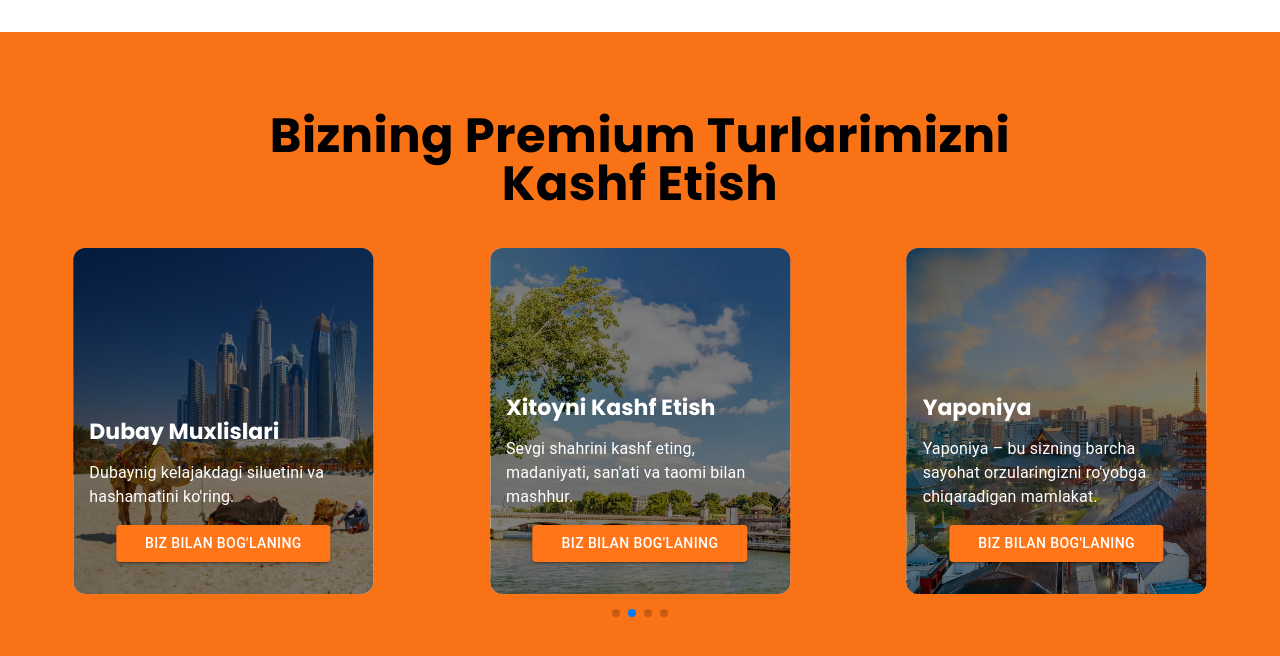
Repository: OgabekErkinov/i-am-tourist
Page: /
The author's editor kept a copy of each file at every save. The page is drawn from the files as they stood at one save, then again after a run of saves.
The browser window is 1280 px wide. The pictures show the whole page.
The project was rebuilt for these pictures with package versions that can differ from the ones it lists, and the page was loaded fresh each time. Also part of the build but not shown: vite.config.js, src/components/navbar/LightDarkButton.jsx, src/I18/i18.js, src/components/navbar/languages/LanguageButton.jsx, src/components/navbar/NavbarItem.jsx, src/components/navbar/SocialNetworks.jsx, src/components/navbar/Logo.jsx, src/components/navbar/SectionsLinks.jsx and 7 more.

Above is the page before, as saved 2024-12-24 15:49:06.

### index.html
<!doctype html>
<html lang="en">
  <head>
    <meta charset="UTF-8" />
    <link rel="icon" type="image/svg+xml" href="https://www.ifly.com.uz/assets/logo-BPA5zOgc.png" />
    <meta name="viewport" content="width=device-width, initial-scale=1.0" />
    <link rel="preconnect" href="https://fonts.googleapis.com">
    <link rel="preconnect" href="https://fonts.gstatic.com" crossorigin>
    <link href="https://fonts.googleapis.com/css2?family=Poppins:ital,wght@0,100;0,200;0,300;0,400;0,500;0,600;0,700;0,800;0,900;1,100;1,200;1,300;1,400;1,500;1,600;1,700;1,800;1,900&display=swap" rel="stylesheet">
    <title>iFLY.com</title>
  </head>
  <body>
    <div id="root"></div>
    <script type="module" src="/src/main.jsx"></script>
  </body>
</html>

### src/index.css
/* Universal Reset */
* {
  margin: 0;
  padding: 0;
  box-sizing: border-box;
}


/* Root Container */
#root {
  max-width: 1900px;
  margin: 0 auto;
  display: flex;
  flex-direction: column;
  align-items: center;
  justify-content: center;
  font-family: 'Poppins';
  box-sizing: border-box;
}

### src/App.jsx
import { Stack } from "@mui/material"
import Header from "./components/header/Header"
import Main from "./components/main/Main"

function App() {


  return (
    <Stack width='100%'
           height='auto'
           alignItems='center'
           gap='1rem'>
        <Header/>
        <Main/>
    </Stack>



  )
}

export default App

### src/components/header/Header.jsx
import { Box, Stack } from '@mui/material';
import Navbar from '../navbar/Navbar';
import Slider from './Slider';
import React from 'react';
import Cards from '../cards/Cards';

const Header = () => {
  return (
    <Stack height="auto"
           width='100%'
           gap="2rem"
           marginBottom='1rem'
           boxSizing="border-box">
             <Stack width="100%"
                    height="auto"
                    alignItems='center'>
                         {/* <Box width="100%"
                              height="10vh"
                              bgcolor="transparent">
                        </Box> */}
                        {/* <Navbar /> */}
                        {/* <Slider /> */}
               </Stack>
               {/* <Cards /> */}
    </Stack>
  );
}

export default Header;

### src/components/main/Main.jsx
import { Stack } from '@mui/material'
import React from 'react'
import PremiumTours from '../premium/PremiumTours'
import TourPlaces from '../tourPlaces/TourPlaces'
import About from '../about/About'

const Main = () => {
  return (
    <Stack width={'100%'}
           height={'auto'}
           alignItems={'center'}
           gap='1rem'>
        <PremiumTours/>
        {/* <TourPlaces/> */}
        {/* <About/> */}

    </Stack>
  )
}

export default Main

### src/components/premium/PremiumTours.jsx
import React from 'react';
import { Stack, Typography, Box } from '@mui/material';
import 'swiper/css';
import 'swiper/css/effect-fade';
import 'swiper/css/pagination';
import 'swiper/css/autoplay';
import { Swiper, SwiperSlide } from 'swiper/react';
import { Navigation, Pagination, Scrollbar, Autoplay } from 'swiper/modules';
import { premiumToursServices } from '../../Database/db';
import PremiumItem from './PremiumItem';

const PremiumTours = () => {

  return (
    <Stack height={'auto'}
           width={'100%'}
           padding={'5rem 2rem'}
           bgcolor={'#F97316'}
           boxSizing={'border-box'} >
          <Stack height={'100%'}
                 width={'100%'}
                 justifyContent={'space-between'}
                 alignItems={'center'}
                 gap={'2rem'}>
              {/* Title */}
                <Typography fontFamily={'Poppins'}
                            width={'70%'}
                            fontSize={'48px'}
                            lineHeight={'48px'}
                            fontWeight={'bold'}
                            textAlign={'center'}
                            height={'auto'}
                            sx={{
                              '@media (max-width: 900px)': {
                               fontSize: '36px',
                               lineHeight: '40px',
                                },
                              '@media (max-width: 600px)': {
                                fontSize: '24px',
                                lineHeight: '28px',
                                },
                               }}>
                               Bizning Premium Turlarimizni Kashf Etish
                 </Typography>
            {/* Slider */}
                 <Box display={'flex'}
                      alignItems={'center'}
                      justifyContent={'center'}
                      height={'25rem'}
                      width={'100%'}
                      padding={'0.5rem'}>
                      <Swiper
                          modules={[Navigation, Pagination, Scrollbar, Autoplay]}
                          autoplay={{ delay: 2500, disableOnInteraction: false }}
                          navigation
                          pagination={{ clickable: false }}
                          scrollbar={{ draggable: true }}
                          loop={true}
                          style={{
                               width: '100%',
                               height: '100%',
                               display : 'flex',
                               justifyContent : 'center' }}
                          breakpoints={{
                               524: {
                                  slidesPerView: 1,
                                  spaceBetween: 10 },
                               765: {
                                  slidesPerView: 2,
                                  spaceBetween: 20 },
                              1200: {
                                  slidesPerView: 3,
                                  spaceBetween: 50 } }}>
                          {
                           premiumToursServices?.map((tour, idx) => {
                                  return (
                                         <SwiperSlide key={idx}>
                                                 <PremiumItem tour={tour} />
                                           </SwiperSlide>
                                          );  })
                           }
                       </Swiper>
                  </Box>
            </Stack>
    </Stack>
  );
};

export default PremiumTours;

### src/Database/db.js
export const social_medias = [
    {
        id : 1,
        name : 'facebook',
        link : 'https://www.facebook.com',
        pathD : 'M279.14 288l14.22-92.66h-88.91v-60.13c0-25.35 12.42-50.06 52.24-50.06h40.42V6.26S260.43 0 225.36 0c-73.22 0-121.08 44.38-121.08 124.72v70.62H22.89V288h81.39v224h100.17V288z'
    },
    {
        id : 2,
        name : 'twitter',
        url : 'https://www.twitter.com',
        pathD : 'M419.37 151.716c.325 4.548.325 9.097.325 13.645 0 138.72-105.583 298.558-298.558 298.558-59.452 0-114.68-17.219-161.137-47.106 8.447.974 16.568 1.299 25.34 1.299 49.055 0 94.213-16.568 130.274-44.832-46.132-.975-84.792-31.188-98.112-72.772 6.498.974 12.995 1.624 19.818 1.624 9.421 0 18.843-1.3 27.614-3.573-48.081-9.747-84.143-51.98-84.143-102.985v-1.299c13.969 7.797 30.214 12.67 47.431 13.319-28.264-18.843-46.781-51.005-46.781-87.391 0-19.492 5.197-37.36 14.294-52.954 51.655 63.675 129.3 105.258 216.365 109.807-1.624-7.797-2.599-15.918-2.599-24.04 0-57.828 46.782-104.934 104.934-104.934 30.213 0 57.502 12.67 76.67 33.137 23.715-4.548 46.456-13.32 66.599-25.34-7.798 24.366-24.366 44.833-46.132 57.827 21.117-2.273 41.584-8.122 60.426-16.243-14.292 20.791-32.161 39.308-52.628 54.253z'
    },
    {
        id : 3,
        name : 'instagram',
        url : 'https://www.instagram.com/ifly.com.uz',
        pathD : 'M224.1 141c-63.6 0-114.9 51.3-114.9 114.9s51.3 114.9 114.9 114.9S339 319.5 339 255.9 287.7 141 224.1 141zm0 189.6c-41.1 0-74.7-33.5-74.7-74.7s33.5-74.7 74.7-74.7 74.7 33.5 74.7 74.7-33.6 74.7-74.7 74.7zm146.4-194.3c0 14.9-12 26.8-26.8 26.8-14.9 0-26.8-12-26.8-26.8s12-26.8 26.8-26.8 26.8 12 26.8 26.8zm76.1 27.2c-1.7-35.9-9.9-67.7-36.2-93.9-26.2-26.2-58-34.4-93.9-36.2-37-2.1-147.9-2.1-184.9 0-35.8 1.7-67.6 9.9-93.9 36.1s-34.4 58-36.2 93.9c-2.1 37-2.1 147.9 0 184.9 1.7 35.9 9.9 67.7 36.2 93.9s58 34.4 93.9 36.2c37 2.1 147.9 2.1 184.9 0 35.9-1.7 67.7-9.9 93.9-36.2 26.2-26.2 34.4-58 36.2-93.9 2.1-37 2.1-147.8 0-184.8zM398.8 388c-7.8 19.6-22.9 34.7-42.6 42.6-29.5 11.7-99.5 9-132.1 9s-102.7 2.6-132.1-9c-19.6-7.8-34.7-22.9-42.6-42.6-11.7-29.5-9-99.5-9-132.1s-2.6-102.7 9-132.1c7.8-19.6 22.9-34.7 42.6-42.6 29.5-11.7 99.5-9 132.1-9s102.7-2.6 132.1 9c19.6 7.8 34.7 22.9 42.6 42.6 11.7 29.5 9 99.5 9 132.1s2.7 102.7-9 132.1z'
    },
    {
        id : 4,
        name : 'linkedIn',
        url : 'https://www.linkedin.com',
        pathD : 'M100.28 448H7.4V148.9h92.88zM53.79 108.1C24.09 108.1 0 83.5 0 53.8a53.79 53.79 0 0 1 107.58 0c0 29.7-24.1 54.3-53.79 54.3zM447.9 448h-92.68V302.4c0-34.7-.7-79.2-48.29-79.2-48.29 0-55.69 37.7-55.69 76.7V448h-92.78V148.9h89.08v40.8h1.3c12.4-23.5 42.69-48.3 87.88-48.3 94 0 111.28 61.9 111.28 142.3V448z'
    },
    {
        id : 5,
        name : 'youtube',
        url : 'https://www.youtube.com',
        pathD : 'M549.655 124.083c-6.281-23.65-24.787-42.276-48.284-48.597C458.781 64 288 64 288 64S117.22 64 74.629 75.486c-23.497 6.322-42.003 24.947-48.284 48.597-11.412 42.867-11.412 132.305-11.412 132.305s0 89.438 11.412 132.305c6.281 23.65 24.787 41.5 48.284 47.821C117.22 448 288 448 288 448s170.78 0 213.371-11.486c23.497-6.321 42.003-24.171 48.284-47.821 11.412-42.867 11.412-132.305 11.412-132.305s0-89.438-11.412-132.305zm-317.51 213.508V175.185l142.739 81.205-142.739 81.201z'
    }
]

export const navLinks = [
    {
        id : 6,
        name : 'Excursions',
        link : '#excursions'
    },
    {
        id : 7,
        name : 'City',
        link : '#city'
    },
    {
        id : 8,
        name : 'About',
        link : '#about'
    },
    {
        id : 9,
        name : 'Contact',
        link : '#contact'
    }
]

export const SliderItems = [
    {
        url : '/malakali.jpg',
        heading : 'Malakali shahar',
        paragraph : "Dunyoning ko'ngilochar poytaxtiga sho'ng'ing."
    },
    {
        url : '/turkiya.jpg',
        heading : 'Sehrli Turkiya',
        paragraph : "Turkiyaning boy tarixi va ajoyib manzaralarini o'rganing."
    },
    {
        url : '/orol.jpg',
        heading : 'Orol chekinishi',
        paragraph : 'Ajoyib orol landshaftlari orasida tinchlikni his eting.'
    },
    {
        url : '/yaponiya.jpg',
        heading : 'Yaponiya',
        paragraph : "Zamonaviy hayot va qadimiy an'analar mamlakati"
    },
    {
        url : '/dubai.jpg',
        heading : "Dubayni kashf eting",
        paragraph : "Birlashgan Arab Amirliklarida hashamat, innovatsiyalar va sarguzashtlarni kashf eting."

    },
    {
        url : '/xitoyni.jpg',
        heading : 'Xitoyni kashf qiling',
        paragraph : "Xitoy: qadimgi tarix, Buyuk devor, innovatsiyalar, jonli madaniyat."
    },
    {
        url : '/tailand.jpg',
        heading : 'Tropik Tailand',
        paragraph : "Chiroyli plyajlarda dam oling va mazali taomlarni tatib ko'ring."
    }
]

export const addBanners = [
    {
        heading : 'Ajoyib plyaj',
        paragraph : 'Zamonaviy plyajlarni kashf eting va quyosh ostida dam oling.'
    },
    {
        heading : "Tog' sarguzashtlari",
        paragraph : "Qiziqarli tog' sayohatiga chiqing va tabiatni o'rganing."
    },
    {
        heading : 'Shahar sayohatlari',
        paragraph : "Qiziqarli tog' sayohatiga chiqing va tabiatni o'rganing."
    }
]

export const languages = [
    {
        lang : "o'zbek",
        flag : '/uzbekistan.png',
        translator : 'uz'
    },
    {
        lang : 'english',
        flag : '/united-states.png',
        translator : 'en'
    },
    {
        lang : 'русский',
        flag : '/russia.png',
        translator : 'ru'
    }
]

export const premiumToursServices = [
    {
        title : 'Tokio Sarguzashtlari',
        paragraph : "Yaponiya yuragida an'ana va texnologiyaning uyg'unligini his eting.",
        image : '/tokioprem.jpg'
    },
    {
        title : 'Dubay Muxlislari',
        paragraph : "Dubaynig kelajakdagi siluetini va hashamatini ko'ring.",
        image : '/dubaipremium.jpg'
    },
    {
        title : 'Xitoyni Kashf Etish',
        paragraph : "Sevgi shahrini kashf eting, madaniyati, san'ati va taomi bilan mashhur.",
        image : '/xitoyprem.jpg'
    },
    {
        title : 'Yaponiya',
        paragraph : "Yaponiya – bu sizning barcha sayohat orzularingizni ro'yobga chiqaradigan mamlakat.",
        image : '/xitoypremium.jpg'
    }
]

export const tourPlaces = [
    {
        image : '/yaponiya.jpg',
        title : 'Tokio, Yaponiya',
        paragraph : "Tokio Yaponiya poytaxti bo'lib, an'anaviy binolarni zamonaviy osmono'parlar bilan birlashtirish."
    },
    {
        image : '/orol.jpg',
        title : 'Orol joyi',
        paragraph : "Shahar shovqinidan uzoqda, tabiatning ajoyib go'zalligida dam oling."
    },
    {
        image : '/dubai.jpg',
        title : 'Dubay, BAA',
        paragraph : "Dubayning hargi skylinesi va hashamatini guvohi boling."
    },
    {
        image : '/vetnam.jpg',
        title : 'Vetnam sarguzashti',
        paragraph : "Vetnamning go'zalligiga kirib boring, rang- barang guruch teraslari va noyob madaniyat bilan tanishing!"
    },
    {
        image : '/maldiv.jpg',
        title : 'Maldivlar',
        paragraph : "Oq qumli plyajlar va toza suvlar bilan tropik jannatda dam oling. Hashamatli kurortlar va ajoyib suv osti dunyosidan zavq oling!"
    },
    {
        image : '/tailand.jpg',
        title : 'Tropik Tailand',
        paragraph : "Tailand chiroyli orollari, ko'chada oziq-ovqat va boy madaniyat merosi bilan mashhur."
    },
    {
        image : '/turkiya.jpg',
        title : "Mo'jizaviy Turkiya",
        paragraph : "Turkiyaning boy tarixini va go'zal manzaralarini kashf eting."
    }
]

export const services = [
    {
        pathD : 'M480 192H365.71L260.61 8.06A16.014 16.014 0 0 0 246.71 0h-65.5c-10.63 0-18.3 10.17-15.38 20.39L214.86 192H112l-43.2-57.6c-3.02-4.03-7.77-6.4-12.8-6.4H16.01C5.6 128-2.04 137.78.49 147.88L32 256 .49 364.12C-2.04 374.22 5.6 384 16.01 384H56c5.04 0 9.78-2.37 12.8-6.4L112 320h102.86l-49.03 171.6c-2.92 10.22 4.75 20.4 15.38 20.4h65.5c5.74 0 11.04-3.08 13.89-8.06L365.71 320H480c35.35 0 96-28.65 96-64s-60.65-64-96-64z',
        title : 'Xalqaro Sayohat',
        paragraph : "Dunyodagi eng go'zal joylarga sayohatlarni tashkil etamiz.",
        color : 'blue'
    },
    {
        icon : 'M560 64c8.84 0 16-7.16 16-16V16c0-8.84-7.16-16-16-16H16C7.16 0 0 7.16 0 16v32c0 8.84 7.16 16 16 16h15.98v384H16c-8.84 0-16 7.16-16 16v32c0 8.84 7.16 16 16 16h240v-80c0-8.8 7.2-16 16-16h32c8.8 0 16 7.2 16 16v80h240c8.84 0 16-7.16 16-16v-32c0-8.84-7.16-16-16-16h-16V64h16zm-304 44.8c0-6.4 6.4-12.8 12.8-12.8h38.4c6.4 0 12.8 6.4 12.8 12.8v38.4c0 6.4-6.4 12.8-12.8 12.8h-38.4c-6.4 0-12.8-6.4-12.8-12.8v-38.4zm0 96c0-6.4 6.4-12.8 12.8-12.8h38.4c6.4 0 12.8 6.4 12.8 12.8v38.4c0 6.4-6.4 12.8-12.8 12.8h-38.4c-6.4 0-12.8-6.4-12.8-12.8v-38.4zm-128-96c0-6.4 6.4-12.8 12.8-12.8h38.4c6.4 0 12.8 6.4 12.8 12.8v38.4c0 6.4-6.4 12.8-12.8 12.8h-38.4c-6.4 0-12.8-6.4-12.8-12.8v-38.4zM179.2 256h-38.4c-6.4 0-12.8-6.4-12.8-12.8v-38.4c0-6.4 6.4-12.8 12.8-12.8h38.4c6.4 0 12.8 6.4 12.8 12.8v38.4c0 6.4-6.4 12.8-12.8 12.8zM192 384c0-53.02 42.98-96 96-96s96 42.98 96 96H192zm256-140.8c0 6.4-6.4 12.8-12.8 12.8h-38.4c-6.4 0-12.8-6.4-12.8-12.8v-38.4c0-6.4 6.4-12.8 12.8-12.8h38.4c6.4 0 12.8 6.4 12.8 12.8v38.4zm0-96c0 6.4-6.4 12.8-12.8 12.8h-38.4c-6.4 0-12.8-6.4-12.8-12.8v-38.4c0-6.4 6.4-12.8 12.8-12.8h38.4c6.4 0 12.8 6.4 12.8 12.8v38.4z',
        title : 'Qulay Mehmonxonalar',
        paragraph : " Eng yaxshi va eng qulay mehmonxonalar bilan qoling.",
        color : 'green'
    },
    {
        icon : 'M416 320h-96c-17.6 0-32-14.4-32-32s14.4-32 32-32h96s96-107 96-160-43-96-96-96-96 43-96 96c0 25.5 22.2 63.4 45.3 96H320c-52.9 0-96 43.1-96 96s43.1 96 96 96h96c17.6 0 32 14.4 32 32s-14.4 32-32 32H185.5c-16 24.8-33.8 47.7-47.3 64H416c52.9 0 96-43.1 96-96s-43.1-96-96-96zm0-256c17.7 0 32 14.3 32 32s-14.3 32-32 32-32-14.3-32-32 14.3-32 32-32zM96 256c-53 0-96 43-96 96s96 160 96 160 96-107 96-160-43-96-96-96zm0 128c-17.7 0-32-14.3-32-32s14.3-32 32-32 32 14.3 32 32-14.3 32-32 32z',
        title : "Maxsus yo'nalishlar",
        paragraph : "Har bir mijoz uchun individual yo'nalishlarni yaratamiz.",
        color : 'orange'
    },
    {
        icon : 'M192 256c61.9 0 112-50.1 112-112S253.9 32 192 32 80 82.1 80 144s50.1 112 112 112zm76.8 32h-8.3c-20.8 10-43.9 16-68.5 16s-47.6-6-68.5-16h-8.3C51.6 288 0 339.6 0 403.2V432c0 26.5 21.5 48 48 48h288c26.5 0 48-21.5 48-48v-28.8c0-63.6-51.6-115.2-115.2-115.2zM480 256c53 0 96-43 96-96s-43-96-96-96-96 43-96 96 43 96 96 96zm48 32h-3.8c-13.9 4.8-28.6 8-44.2 8s-30.3-3.2-44.2-8H432c-20.4 0-39.2 5.9-55.7 15.4 24.4 26.3 39.7 61.2 39.7 99.8v38.4c0 2.2-.5 4.3-.6 6.4H592c26.5 0 48-21.5 48-48 0-61.9-50.1-112-112-112z',
        title : "Malakali yo'riqchilar",
        paragraph : " Har bir mijoz uchun individual yo'nalishlarni yaratamiz.",
        color : 'violet'
    }

]

### src/components/premium/PremiumItem.jsx
import { Box, Button, Stack, Typography } from '@mui/material';
import React from 'react';

const PremiumItem = ({ tour }) => {
  return (
    <Box height="90%"
         display="flex"
         justifyContent="center"
         alignItems="center"
         borderRadius="12px"
         overflow="hidden"
         position="relative"
         sx={{
             transition : '0.3s',
             backgroundImage: `url(${tour?.image})`,
             backgroundSize: 'cover',
             '@media(min-width : 300px)' : {
                         width : '300px',
                         marginX : 'auto'  },
             '@media(min-width : 524px)' : {
                         width : '300px' },
              '&:hover' : {
                transform : 'scale(1.1)',
                transition : '0.3s'
              } }} >
         <Stack height="100%"
                width="100%"
                padding="2rem 0"
                boxSizing="border-box"
                borderRadius="12px"
        alignItems="center"
        bgcolor="rgba(0, 0, 0, 0.5)"
        position="absolute"
        zIndex={1}
        sx={{
          '@media(min-width : 300px)' : {
            justifyContent : 'center',
            alignItems : 'center',
            paddingX : '1rem',
            gap : '1rem'
          },
          '@media(min-width : 524px)' : {
            justifyContent : 'flex-end',
            alignItems : 'start'
          }
        }}
        >
        <Typography
          variant="h3"
          sx={{
            fontWeight: 'bold',
            fontFamily: 'Poppins',
            color: 'white',
            textAlign: 'start',
            paddingRight: '10px',
            margin: 0,
            width: 'auto',

            '@media (min-width: 300px)': {
              fontSize: '18px',
            },

            '@media (min-width : 524px)' : {
              fontSize : '22px'
            }
          }}
        >
          {tour.title}
        </Typography>
        <Typography
          width="auto"
          sx={{
            color: 'white',
            textAlign: 'start',

            '@media (min-width: 300px)': {
              fontSize: '12px',
              height : 'auto',
              textAlign : 'center'
            },
            '@media (min-width : 524px)' : {
              fontSize : '16px',
              textAlign : 'start'
            }
          }}>
          {tour.paragraph}
        </Typography>
        <Button
          variant="contained"
          sx={{
            color: 'white',
            backgroundColor: '#FF7518',
            width : '80%',
            margin : '0 auto'
          }}>
          Biz bilan bog'laning
        </Button>
      </Stack>
    </Box>
  );
};

export default PremiumItem;

Loaded but not shown: src/main.jsx (common file)

After the next 3 saves:
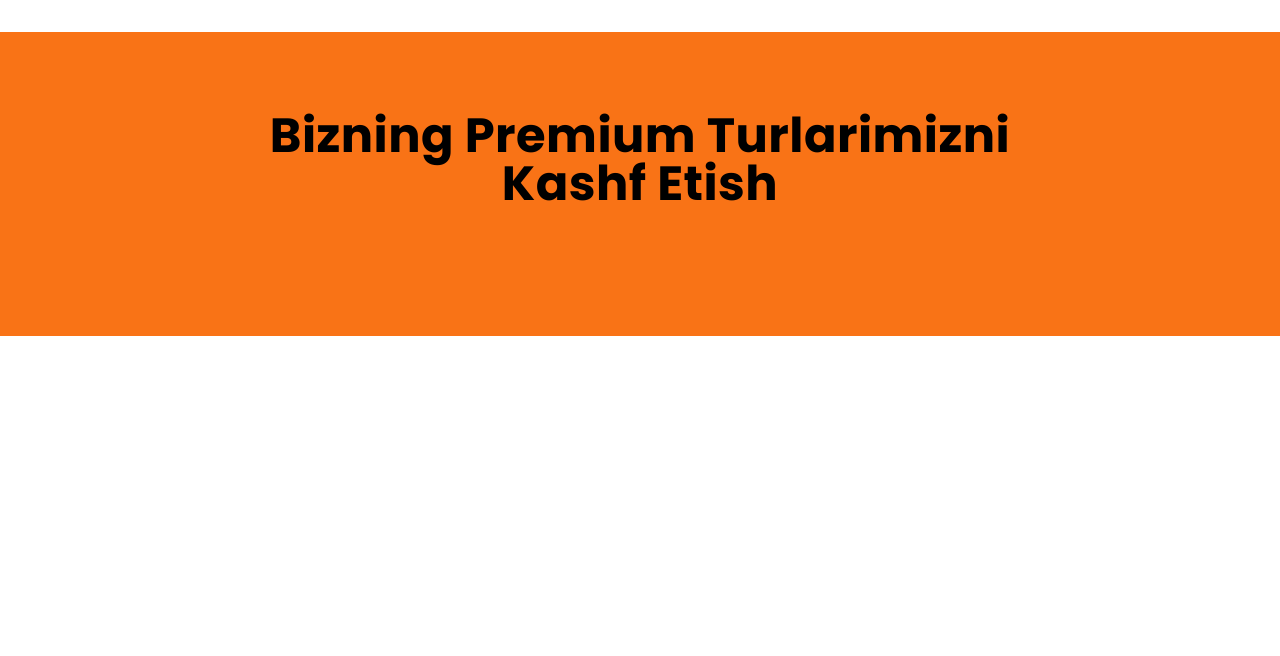
The 3 saves are shown as one change because they came seconds apart.
The last was saved 34 s later.
--- a/src/components/premium/PremiumTours.jsx
+++ b/src/components/premium/PremiumTours.jsx
@@ -46,7 +46,7 @@
                  <Box display={'flex'}
                       alignItems={'center'}
                       justifyContent={'center'}
-                      height={'25rem'}
+                      height={'80%'}
                       width={'100%'}
                       padding={'0.5rem'}>
                       <Swiper

After the save that followed:
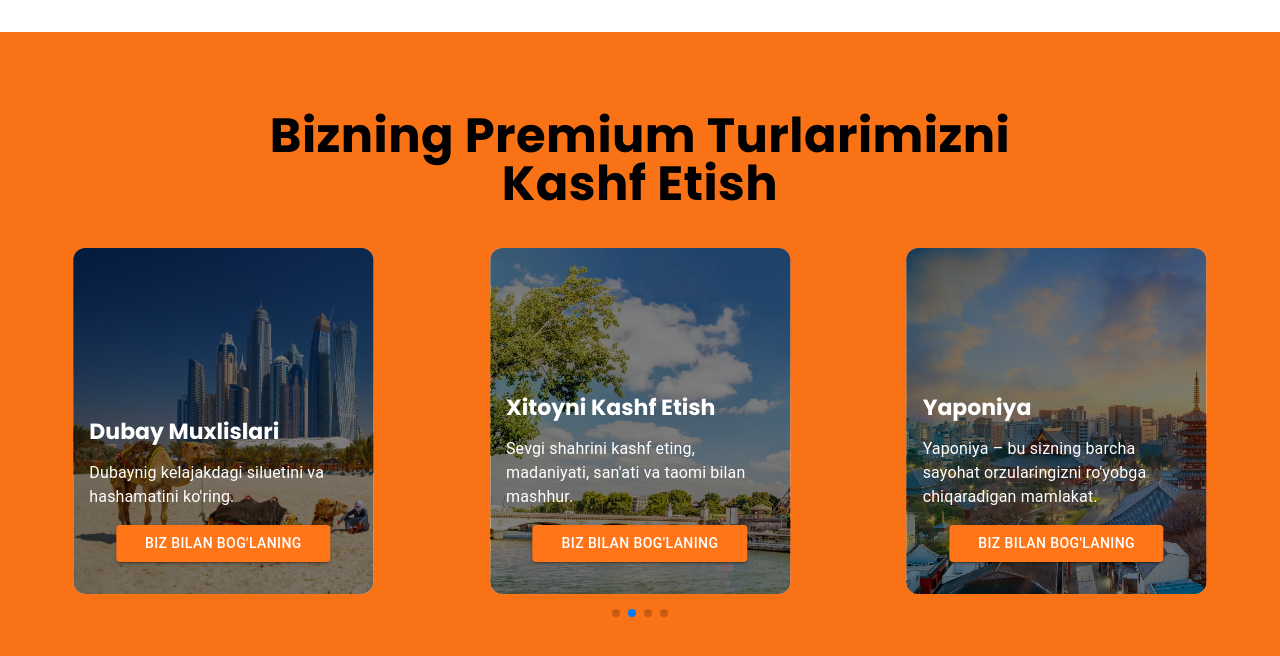
Saved 7 s later.
--- a/src/components/premium/PremiumTours.jsx
+++ b/src/components/premium/PremiumTours.jsx
@@ -46,7 +46,7 @@
                  <Box display={'flex'}
                       alignItems={'center'}
                       justifyContent={'center'}
-                      height={'80%'}
+                      height={'25rem'}
                       width={'100%'}
                       padding={'0.5rem'}>
                       <Swiper
